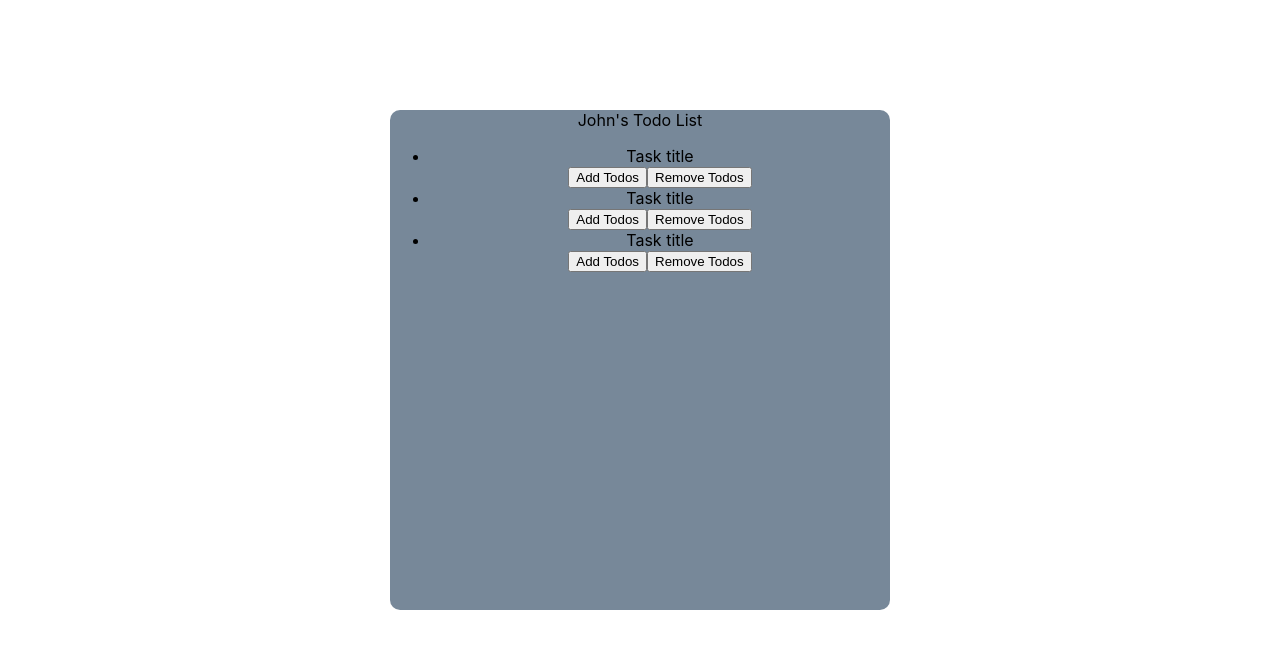
Repository: JohnKang0720/Simple-Todo-List
Page: /
The author's editor kept a copy of each file at every save. The page is drawn from the files as they stood at one save, then again after the next save.
The browser window is 1280 px wide. The pictures show the whole page.
The project was rebuilt for these pictures with package versions that can differ from the ones it lists, and the page was loaded fresh each time.

Above is the page before, as saved 2021-05-24 21:14:13.

After the next save:
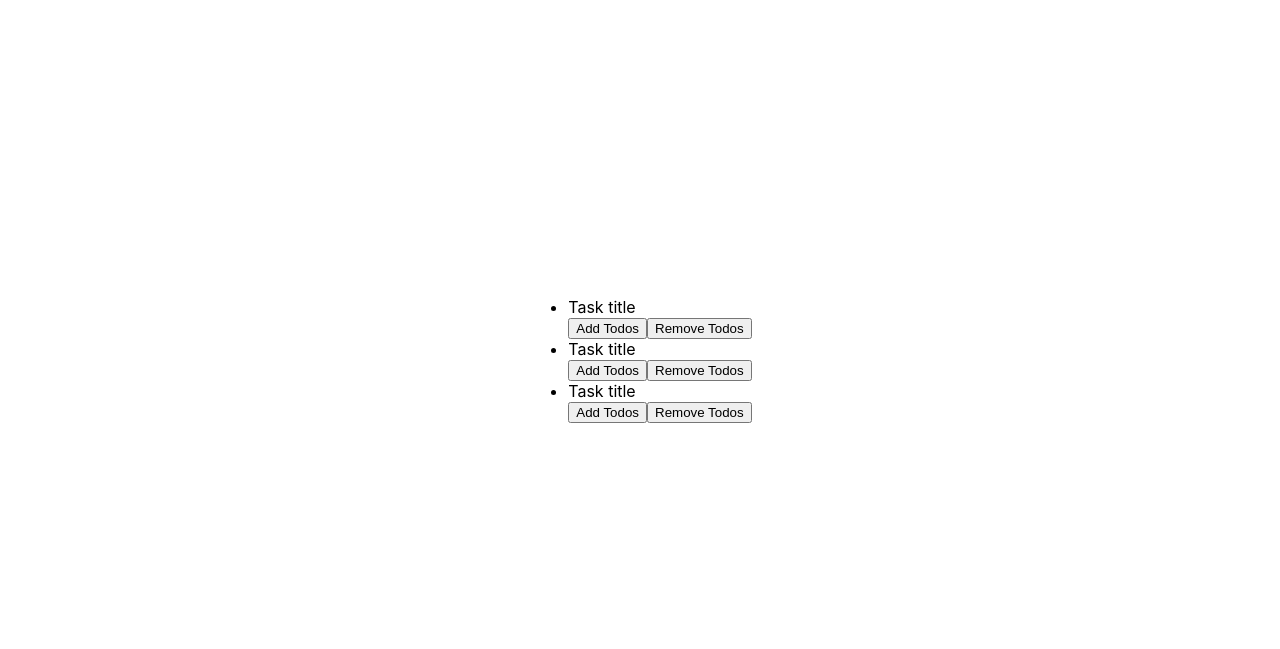
Saved 29 s later.
--- a/src/TodoList.js
+++ b/src/TodoList.js
@@ -12,7 +12,7 @@ const TodoList = (props) => {
 
  return(
     <taskContext.Provider value = {{input}}>
-    {props.children}
+    <Todoform></Todoform>
     </taskContext.Provider>
  )
 }
